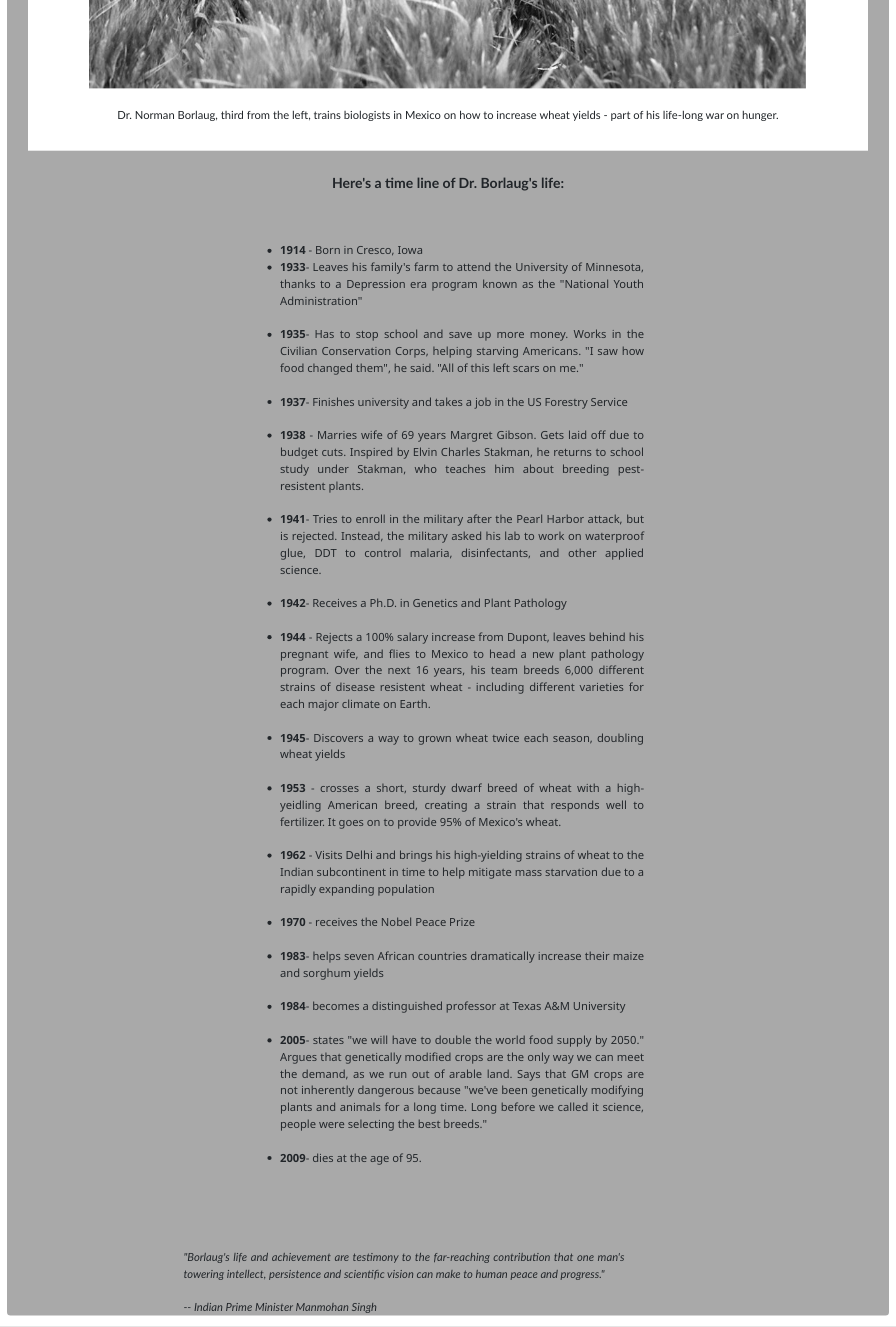
Repository: AbdulWahabRaza123/tributePage
Page: index.html
The author's editor kept a copy of each file at every save. The page is drawn from the files as they stood at one save, then again after the next save.
The browser window is 1280 px wide. The pictures show the part of the page from y = 665 to 2585 px (the page is 2561 px tall before and 2585 px after), at 70% of full size.

Above is the page before, as saved 2021-09-02 17:06:14.

### index.html
<!doctype html>
<html lang="en">

<head>
    <!-- Required meta tags -->
    <meta charset="utf-8">
    <meta name="viewport" content="width=device-width, initial-scale=1, shrink-to-fit=no">

    <!-- Bootstrap CSS -->
    <link rel="stylesheet" href="https://cdn.jsdelivr.net/npm/bootstrap@4.6.0/dist/css/bootstrap.min.css" integrity="sha384-B0vP5xmATw1+K9KRQjQERJvTumQW0nPEzvF6L/Z6nronJ3oUOFUFpCjEUQouq2+l" crossorigin="anonymous">

    <title>FCC: Tribute Page</title>
    <link rel="stylesheet" href="new.css">

</head>

<body>
    <header id="Nav">
        <div class="A-Button">
            <center><a href="#" id="A-Link">A</a></center>
        </div>
        <img id="image" src="logo.PNG " alt="Logo " width:4px height:4px>
        <div class="Web-Name">
            <b>FCC: Tribute Page</b>
        </div>

        <a href="#" id="Web-Link">FreeCodeCamp.org</a>
        <button id="follow-button">+ Follow</button>

    </header>
    <main id="main">

        <h1 id="title">Dr. Norman Borlaug</h1>
        The Man Who Saved the Millions Lives.

        <div id="img-div">
            <img div="image" src="img.PNG" alt="Picture">
            <p div="img-caption"><br>Dr. Norman Borlaug, third from the left, trains biologists in Mexico on how to increase wheat yields - part of his life-long war on hunger.</p><br>
        </div>
        <div id="tribute-info">
            <b id="Heading">Here's a time line of Dr. Borlaug's life:</b>
            <ul id="Lists">
                <li><strong>1914</strong> - Born in Cresco, Iowa</li>
                <li><strong>1933</strong>- Leaves his family's farm to attend the University of Minnesota, thanks to a Depression era program known as the "National Youth Administration"</li>
                <br>
                <li><strong>1935</strong>- Has to stop school and save up more money. Works in the Civilian Conservation Corps, helping starving Americans. "I saw how food changed them", he said. "All of this left scars on me."</li>
                <br>
                <li><strong>1937</strong>- Finishes university and takes a job in the US Forestry Service</li>
                <br>
                <li><strong>1938</strong> - Marries wife of 69 years Margret Gibson. Gets laid off due to budget cuts. Inspired by Elvin Charles Stakman, he returns to school study under Stakman, who teaches him about breeding pest-resistent plants.</li>
                <br>
                <li><strong>1941</strong>- Tries to enroll in the military after the Pearl Harbor attack, but is rejected. Instead, the military asked his lab to work on waterproof glue, DDT to control malaria, disinfectants, and other applied science.</li>
                <br>
                <li><strong>1942</strong>- Receives a Ph.D. in Genetics and Plant Pathology</li>
                <br>
                <li><strong>1944 </strong> - Rejects a 100% salary increase from Dupont, leaves behind his pregnant wife, and flies to Mexico to head a new plant pathology program. Over the next 16 years, his team breeds 6,000 different strains of disease
                    resistent wheat - including different varieties for each major climate on Earth.</li>
                <br>
                <li><strong>1945</strong>- Discovers a way to grown wheat twice each season, doubling wheat yields</li>
                <br>
                <li><strong>1953</strong> - crosses a short, sturdy dwarf breed of wheat with a high-yeidling American breed, creating a strain that responds well to fertilizer. It goes on to provide 95% of Mexico's wheat.</li>
                <br>
                <li><strong>1962</strong> - Visits Delhi and brings his high-yielding strains of wheat to the Indian subcontinent in time to help mitigate mass starvation due to a rapidly expanding population</li>
                <br>
                <li><strong>1970 </strong>- receives the Nobel Peace Prize
                </li>
                <br>
                <li><strong>1983</strong>- helps seven African countries dramatically increase their maize and sorghum yields</li>
                <br>
                <li><strong>1984</strong>- becomes a distinguished professor at Texas A&M University</li>
                <br>
                <li><strong>2005</strong>- states "we will have to double the world food supply by 2050." Argues that genetically modified crops are the only way we can meet the demand, as we run out of arable land. Says that GM crops are not inherently dangerous
                    because "we've been genetically modifying plants and animals for a long time. Long before we called it science, people were selecting the best breeds."</li>
                <br>
                <li><strong>2009</strong>- dies at the age of 95. </ul>
            </li><br><i>
                    <br><p id="Note"> "Borlaug's life and achievement are testimony to the far-reaching contribution that one man's towering intellect, persistence and scientific vision can make to human peace and progress."<br><br> -- Indian Prime Minister Manmohan Singh
                    </p></i>
        </div>

    </main>
    <!-- Optional JavaScript; choose one of the two! -->

    <!-- Option 1: jQuery and Bootstrap Bundle (includes Popper) -->
    <script src="https://code.jquery.com/jquery-3.5.1.slim.min.js " integrity="sha384-DfXdz2htPH0lsSSs5nCTpuj/zy4C+OGpamoFVy38MVBnE+IbbVYUew+OrCXaRkfj " crossorigin="anonymous "></script>
    <script src="https://cdn.jsdelivr.net/npm/bootstrap@4.6.0/dist/js/bootstrap.bundle.min.js " integrity="sha384-Piv4xVNRyMGpqkS2by6br4gNJ7DXjqk09RmUpJ8jgGtD7zP9yug3goQfGII0yAns " crossorigin="anonymous "></script>

    <!-- Option 2: Separate Popper and Bootstrap JS -->
    <!--
    <script src="https://code.jquery.com/jquery-3.5.1.slim.min.js " integrity="sha384-DfXdz2htPH0lsSSs5nCTpuj/zy4C+OGpamoFVy38MVBnE+IbbVYUew+OrCXaRkfj " crossorigin="anonymous "></script>
    <script src="https://cdn.jsdelivr.net/npm/popper.js@1.16.1/dist/umd/popper.min.js " integrity="sha384-9/reFTGAW83EW2RDu2S0VKaIzap3H66lZH81PoYlFhbGU+6BZp6G7niu735Sk7lN " crossorigin="anonymous "></script>
    <script src="https://cdn.jsdelivr.net/npm/bootstrap@4.6.0/dist/js/bootstrap.min.js " integrity="sha384-+YQ4JLhjyBLPDQt//I+STsc9iw4uQqACwlvpslubQzn4u2UU2UFM80nGisd026JF " crossorigin="anonymous "></script>
    -->
</body>

</html>

### new.css
header {
    background-color: black;
    padding: 8px;
    margin-bottom: 30px;
}

#image {
    float: left;
    margin-top: 8px;
}

.Web-Name {
    color: white;
    font-size: 22px;
    margin: 0px;
}

#Web-Link {
    color: white;
    opacity: 0.5;
    margin: 0px;
    font-size: 15px;
}

#Web-Link:hover {
    text-decoration: none;
    opacity: 1;
}

#follow-button {
    color: black;
    font-family: "Helvetica";
    font-size: 10px;
    background-color: greenyellow;
    border: 1px solid;
    border-color: black;
    border-radius: 3px;
    width: 60px;
    height: 20px;
    top: 50px;
    left: 50px;
    cursor: hand;
}

.A-Button {
    width: 50px;
    height: 50px;
    background-color: grey;
    float: right;
    font-size: 30px;
    border: 5px white;
    border-radius: 5px;
    margin: 3px;
}

#A-Link {
    text-decoration: none;
    color: white;
}

#A-Link:hover {
    text-decoration: none;
    color: black;
}

#main {
    background-color: darkgrey;
    margin: 10px;
    border: 5px black;
    border-radius: 5px;
    text-align: center;
    font-family: 'Gill Sans', 'Gill Sans MT', Calibri, 'Trebuchet MS', sans-serif;
}

#img-div {
    margin: 30px;
    background-color: white;
}

#image {
    margin: 5px;
}

#img-caption {
    padding-bottom: 20px;
}

#Heading {
    font-size: 20px;
    margin: 50px;
}

#Lists {
    text-align: justify;
    margin: 70px;
    margin-left: 350px;
    margin-right: 350px;
    line-height: 1.5;
    font-family: 'Segoe UI', Tahoma, Geneva, Verdana, sans-serif;
}

#Note {
    margin-left: 20%;
    margin-right: 30%;
    text-align: justify;
}

After the next save:
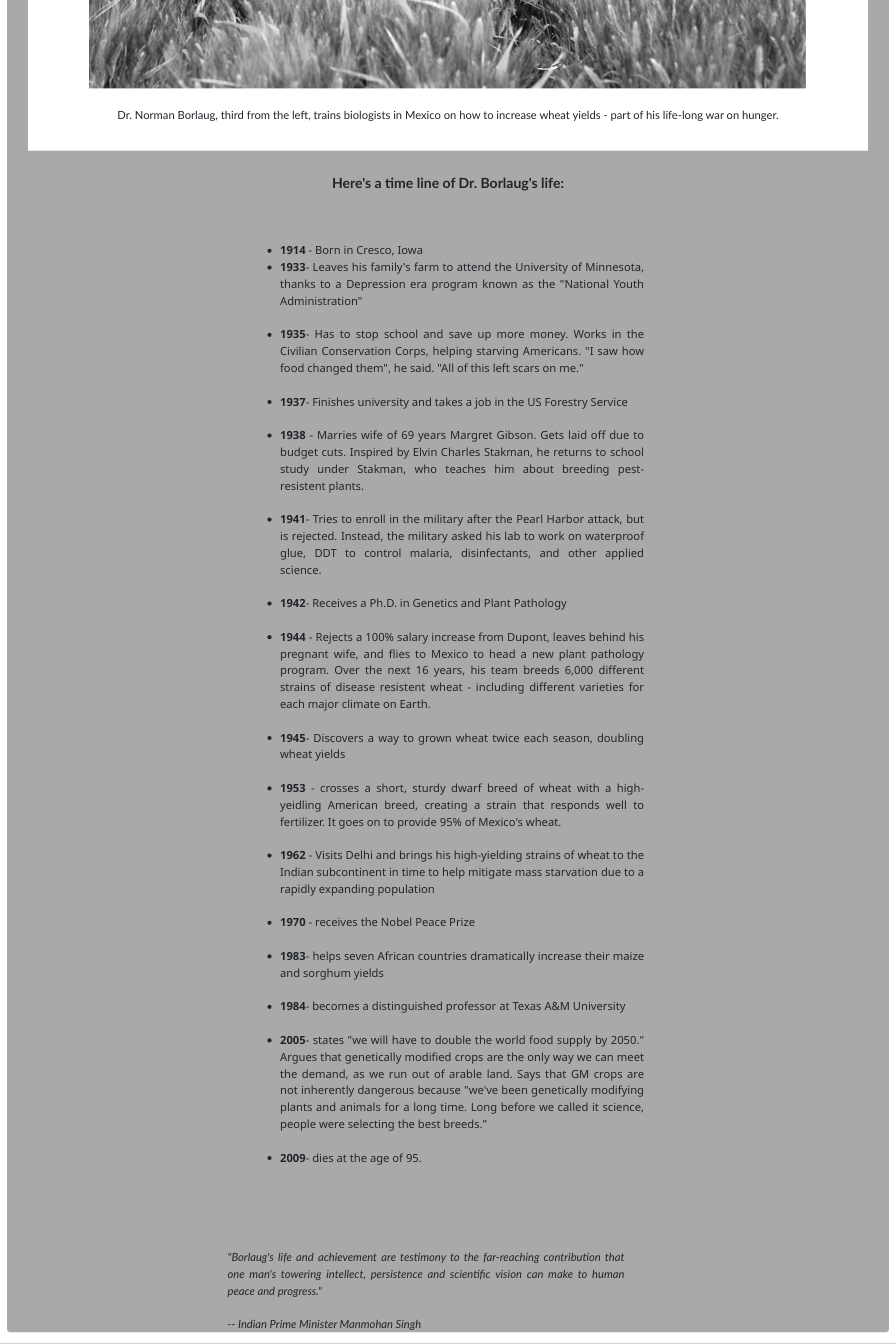
Saved 7 s later.
--- a/new.css
+++ b/new.css
@@ -100,7 +100,7 @@
 }
 
 #Note {
-    margin-left: 20%;
+    margin-left: 25%;
     margin-right: 30%;
     text-align: justify;
 }
